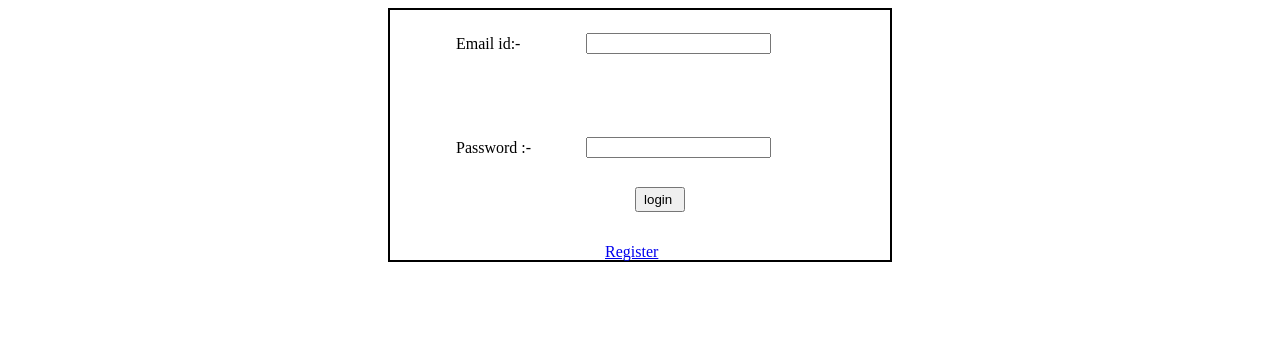
Repository: ShivrajMPujari/ServletApplication
Page: http://localhost/LoginRegistration/
The author's editor kept a copy of each file at every save. The page is drawn from the files as they stood at one save, then again after the next save.
The browser window is 1280 px wide. The pictures show the whole page.
The page is served by Tomcat 9.

Above is the page before, as saved 2018-07-11 05:51:28.
Console error: TypeError: document.getElementByName is not a function

After the next save:
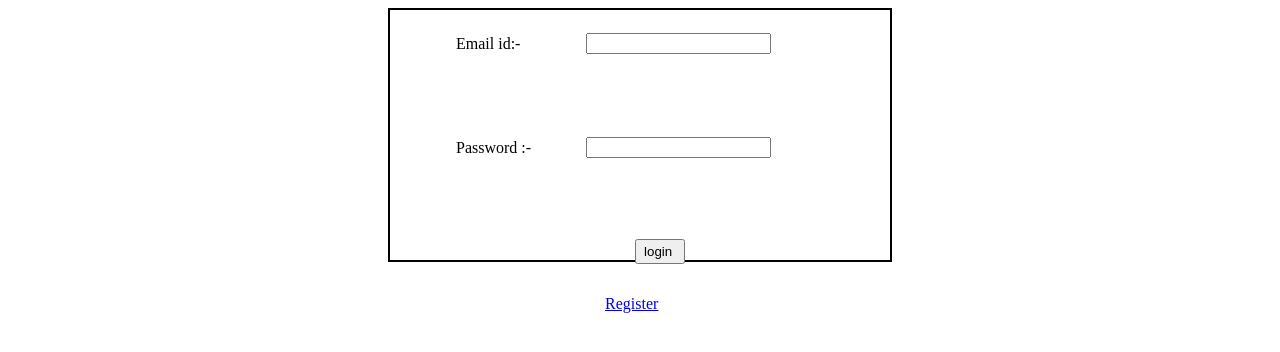
Saved 54 s later.
--- a/LoginRegistration/src/main/webapp/index.jsp
+++ b/LoginRegistration/src/main/webapp/index.jsp
@@ -32,11 +32,11 @@ function validation(){
 <tr>
 	<td> Email id:- </td> <td> <input type="email" name="emailId" required/></td>
 </tr>
-<tr><td colspan="2"><span id="emailmsg"></span></td></tr>
+<tr><td colspan="2"><span id="emailMsg"></span></td></tr>
 <tr>
 	<td>Password :- </td> <td> <input type="password" name="password" required/> </td>
 </tr>
-
+<tr><td colspan="2"><span id="passwordMsg"></span></td></tr>
 <tr>
 <td colspan="2"  class="submitButton"  > <input class="btn"type="submit" value="login " /></td>
 </tr>
